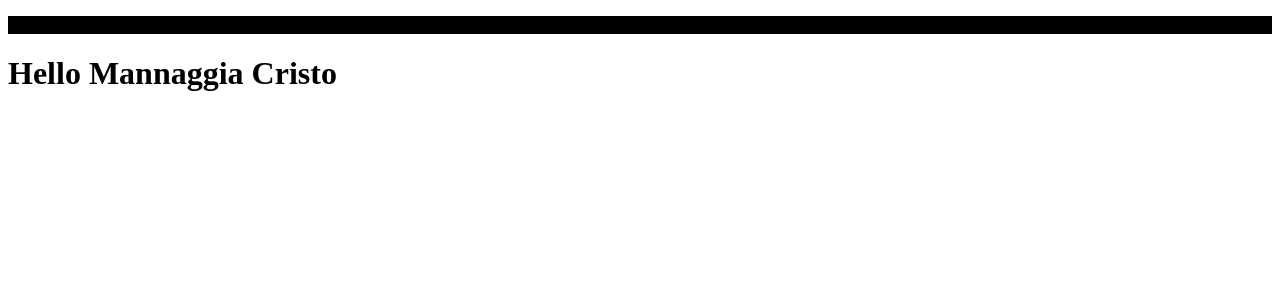
Repository: AndreaGuastaferro/Repository_Andrea_Guastaferro_Front
Page: cartella_html/NUOVO_HTML/ProgettoFinale.html
The author's editor kept a copy of each file at every save. The page is drawn from the files as they stood at one save, then again after the next save.
The browser window is 1280 px wide. The pictures show the whole page.

Above is the page before, as saved 2018-10-22 15:31:56.

### cartella_html/NUOVO_HTML/ProgettoFinale.html
<!DOCTYPE html>
<html>
<head>
<meta charset="ISO-8859-1">
<title>Insert title here</title>
<link rel="stylesheet" type="text/css" href="ProgettoFinale.css">
</head>
<body>
	<header >
	<p id="head"> Primo Progetto</p>
	</header>

	 <div class="Projecthero">
	 	<div class="TextHero">
	 		<h1>Hello Mannaggia Cristo</h1>



	 	</div>
	 </div>
</body>
</html>

### cartella_html/NUOVO_HTML/ProgettoFinale.css
@charset "ISO-8859-1";
header {
	background-color: black;
  height:5%;
}
head{
background-color: white;
}

After the next save:
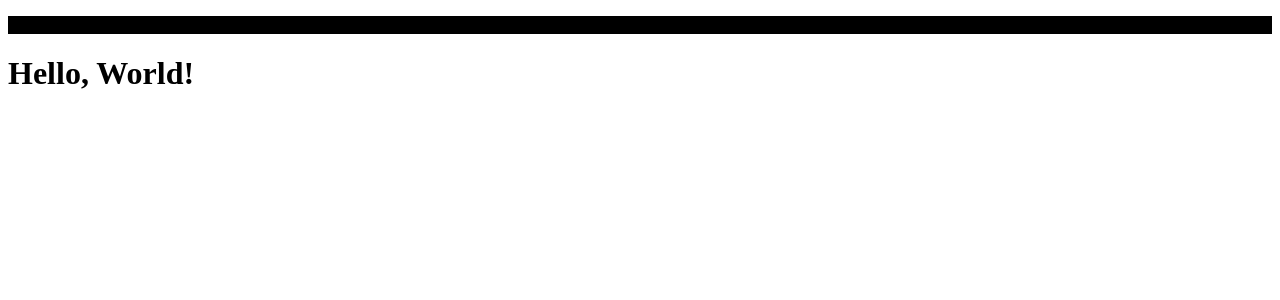
Saved 41 s later.
--- a/cartella_html/NUOVO_HTML/ProgettoFinale.html
+++ b/cartella_html/NUOVO_HTML/ProgettoFinale.html
@@ -12,7 +12,8 @@
 
 	 <div class="Projecthero">
 	 	<div class="TextHero">
-	 		<h1>Hello Mannaggia Cristo</h1>
+	 		<h1>Hello, World!</h1>
+
 
 
 
